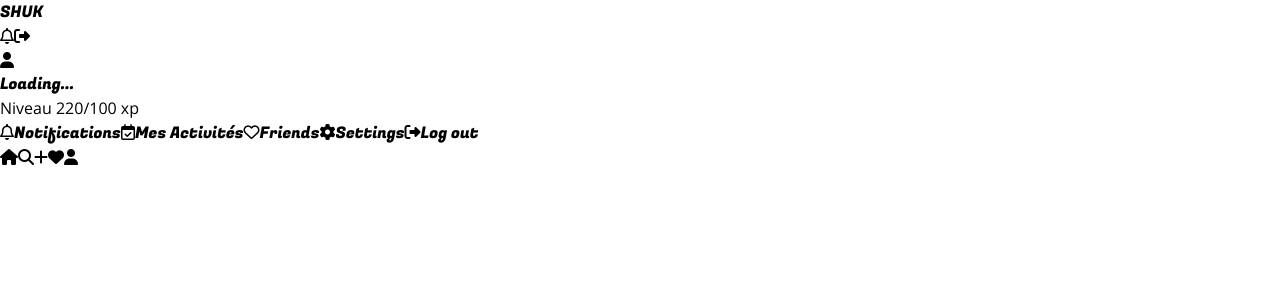
Repository: Yruamaaaa/uqac_app_test1
Page: /profile
An editor plug-in stored every save of this project. The page is shown before and after the next save, followed by the edit.
The browser window is 1280 px wide. The pictures show the whole page.
The page's requests for data from a server got no answer. The project was rebuilt for these pictures with package versions that can differ from the ones it lists, and the page was loaded fresh each time. The framework's server and built-in components were replaced by stand-ins that run in the browser. No one was signed in, and anything a server would have sent is missing. Also part of the build but not shown: next.config.js, next.config.mjs, components/Button.js, components/Logout.js.

Above is the page before, as saved 2025-04-06 09:27:03.

After the next save:
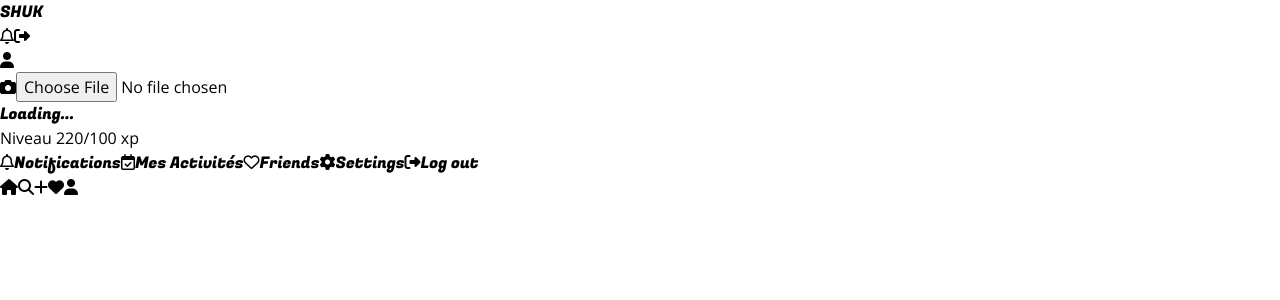
Saved 4 min 9 s later.
--- a/components/ProfileContent.js
+++ b/components/ProfileContent.js
@@ -1,9 +1,12 @@
 'use client'
-import React from 'react'
+import React, { useState } from 'react'
 import Image from 'next/image'
 import { Fugaz_One } from 'next/font/google'
 import { useAuth } from '@/context/AuthContext'
 import { useRouter } from 'next/navigation'
+import { db, storage } from '@/firebase'
+import { doc, updateDoc } from 'firebase/firestore'
+import { ref, uploadBytes, getDownloadURL, deleteObject } from 'firebase/storage'
 
 const fugaz = Fugaz_One({
     weight: '400',
@@ -11,8 +14,9 @@ const fugaz = Fugaz_One({
 })
 
 export default function ProfileContent() {
-    const { userDataObj, logout } = useAuth()
+    const { userDataObj, logout, currentUser, setUserDataObj } = useAuth()
     const router = useRouter()
+    const [isUpdating, setIsUpdating] = useState(false)
 
     const handleLogout = async () => {
         try {
@@ -23,13 +27,55 @@ export default function ProfileContent() {
         }
     }
 
+    const handleImageChange = async (e) => {
+        const file = e.target.files[0]
+        if (!file || !currentUser) return
+
+        try {
+            setIsUpdating(true)
+
+            // Delete old image if it exists
+            if (userDataObj?.profileImage) {
+                try {
+                    const oldImageRef = ref(storage, `profile-images/${currentUser.uid}`)
+                    await deleteObject(oldImageRef)
+                } catch (error) {
+                    console.error('Error deleting old image:', error)
+                }
+            }
+
+            // Upload new image
+            const imageRef = ref(storage, `profile-images/${currentUser.uid}`)
+            await uploadBytes(imageRef, file)
+            const downloadURL = await getDownloadURL(imageRef)
+
+            // Update Firestore
+            const userRef = doc(db, 'users', currentUser.uid)
+            await updateDoc(userRef, {
+                profileImage: downloadURL,
+                updatedAt: new Date().toISOString()
+            })
+
+            // Update local state
+            setUserDataObj(prev => ({
+                ...prev,
+                profileImage: downloadURL
+            }))
+
+        } catch (error) {
+            console.error('Error updating profile image:', error)
+        } finally {
+            setIsUpdating(false)
+        }
+    }
+
     return (
         <div className="bg-white rounded-xl shadow-sm overflow-hidden">
             {/* Profile Info */}
             <div className="p-6 space-y-6">
                 {/* Avatar and Name */}
                 <div className="flex flex-col items-center">
-                    <div className="relative w-32 h-32 rounded-full overflow-hidden mb-4">
+                    <div className="relative w-32 h-32 rounded-full overflow-hidden mb-4 group">
                         {userDataObj?.profileImage ? (
                             <Image
                                 src={userDataObj.profileImage}
@@ -42,6 +88,20 @@ export default function ProfileContent() {
                                 <i className="fa-solid fa-user text-4xl text-gray-400"></i>
                             </div>
                         )}
+                        <label
+                            htmlFor="profile-image"
+                            className="absolute inset-0 bg-black bg-opacity-40 flex items-center justify-center cursor-pointer opacity-0 group-hover:opacity-100 transition-opacity"
+                        >
+                            <i className="fa-solid fa-camera text-white text-2xl"></i>
+                        </label>
+                        <input
+                            id="profile-image"
+                            type="file"
+                            accept="image/*"
+                            onChange={handleImageChange}
+                            className="hidden"
+                            disabled={isUpdating}
+                        />
                     </div>
                     <h2 className={`text-2xl ${fugaz.className}`}>{userDataObj?.name || 'Loading...'}</h2>
                     <div className="mt-2 text-gray-600 text-center">
